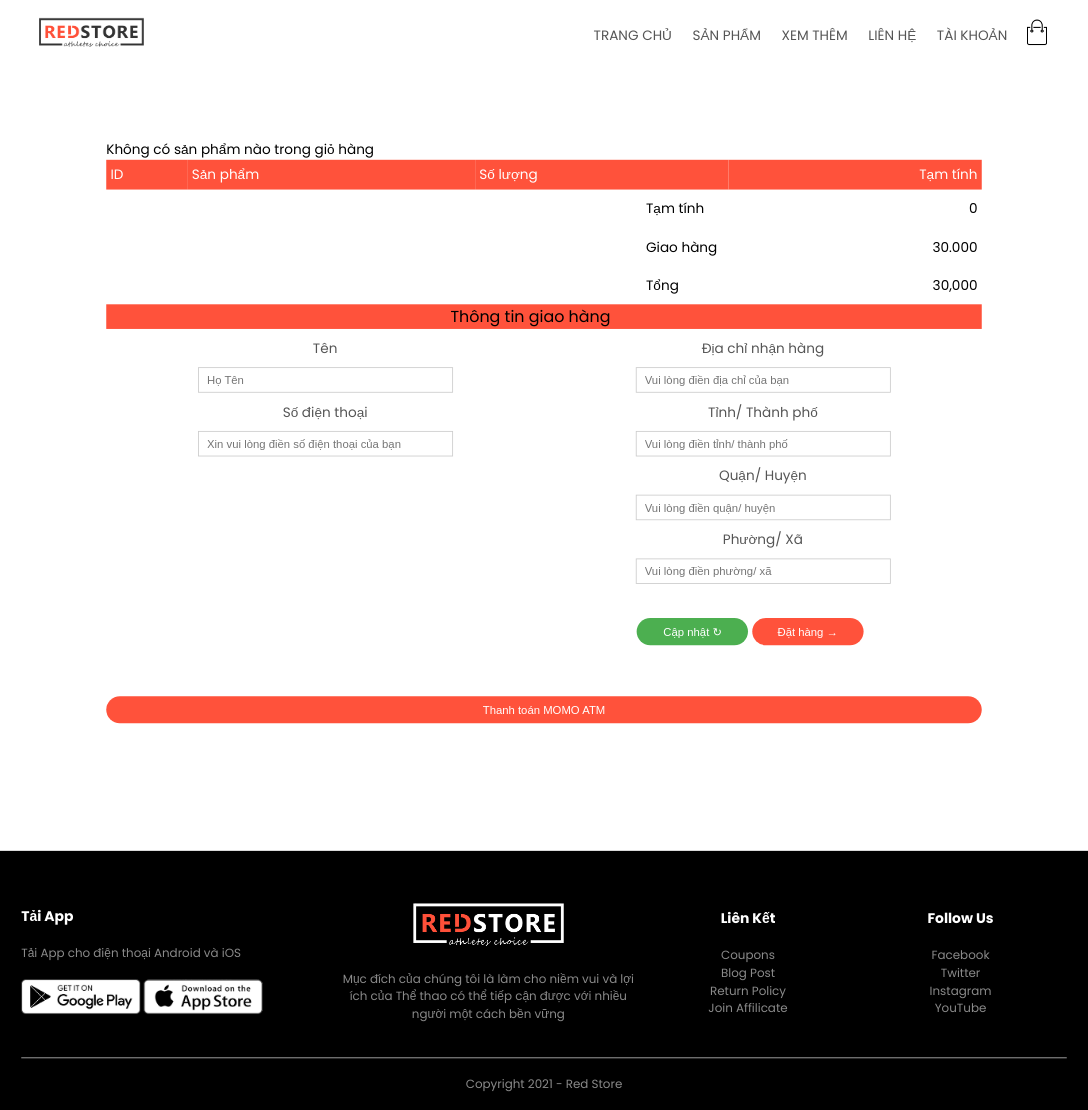
Repository: trongnk2001/RedStore
Page: http://localhost/RedStore/cart.php?action=submit
The author's editor kept a copy of each file at every save. The page is drawn from the files as they stood at one save, then again after the next save.
The browser window is 1280 px wide. The pictures show the whole page, at 85% of full size.
Some web libraries are served in a nearby version. The page is run by PHP 8.4 with error messages shown; the project is at /var/www/html/.

Above is the page before, as saved 2022-05-30 14:24:21.

After the next save:
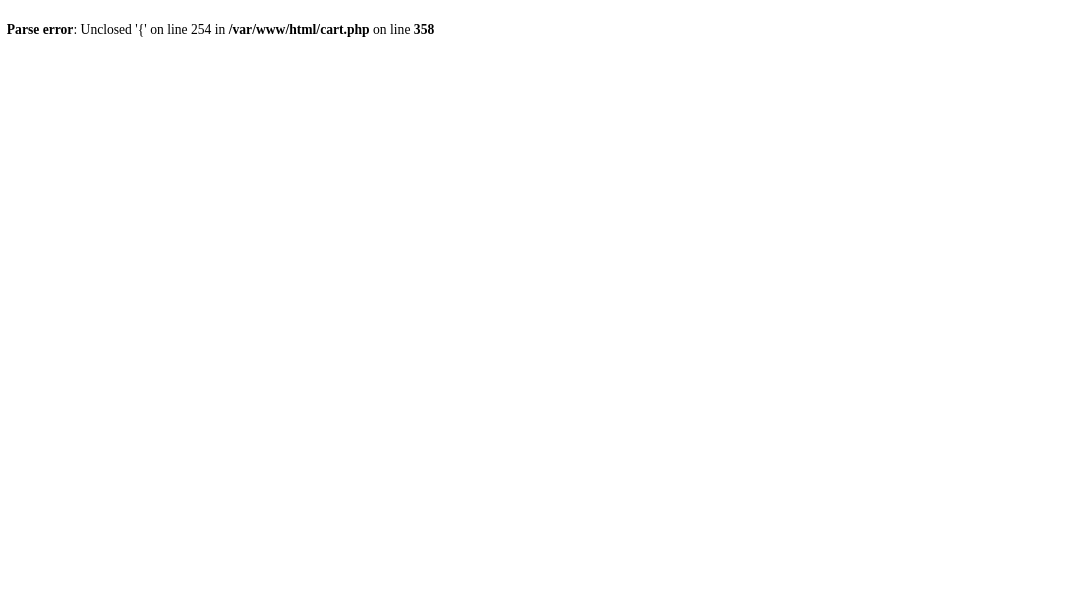
Saved 67 s later.
--- a/cart.php
+++ b/cart.php
@@ -251,7 +251,10 @@
                 <div id="notify-msg" style="text-align: center; margin-top: 20px;font-weight: 600;">
                     <?= $success ?>.
                 </div>
-            <?php } ?>
+            <?php } elseif (!empty($success)) { ?>
+                <div id="notify-msg" style="text-align: center; margin-top: 20px;font-weight: 600;">
+                    <?= $success ?>.
+                </div>
                 <div class="row" style="align-items: initial;">
                     <div class="col-2 inf" style="display: flex;align-items: center;flex-direction: column;">
                             <p>Tên</p>

After the save that followed:
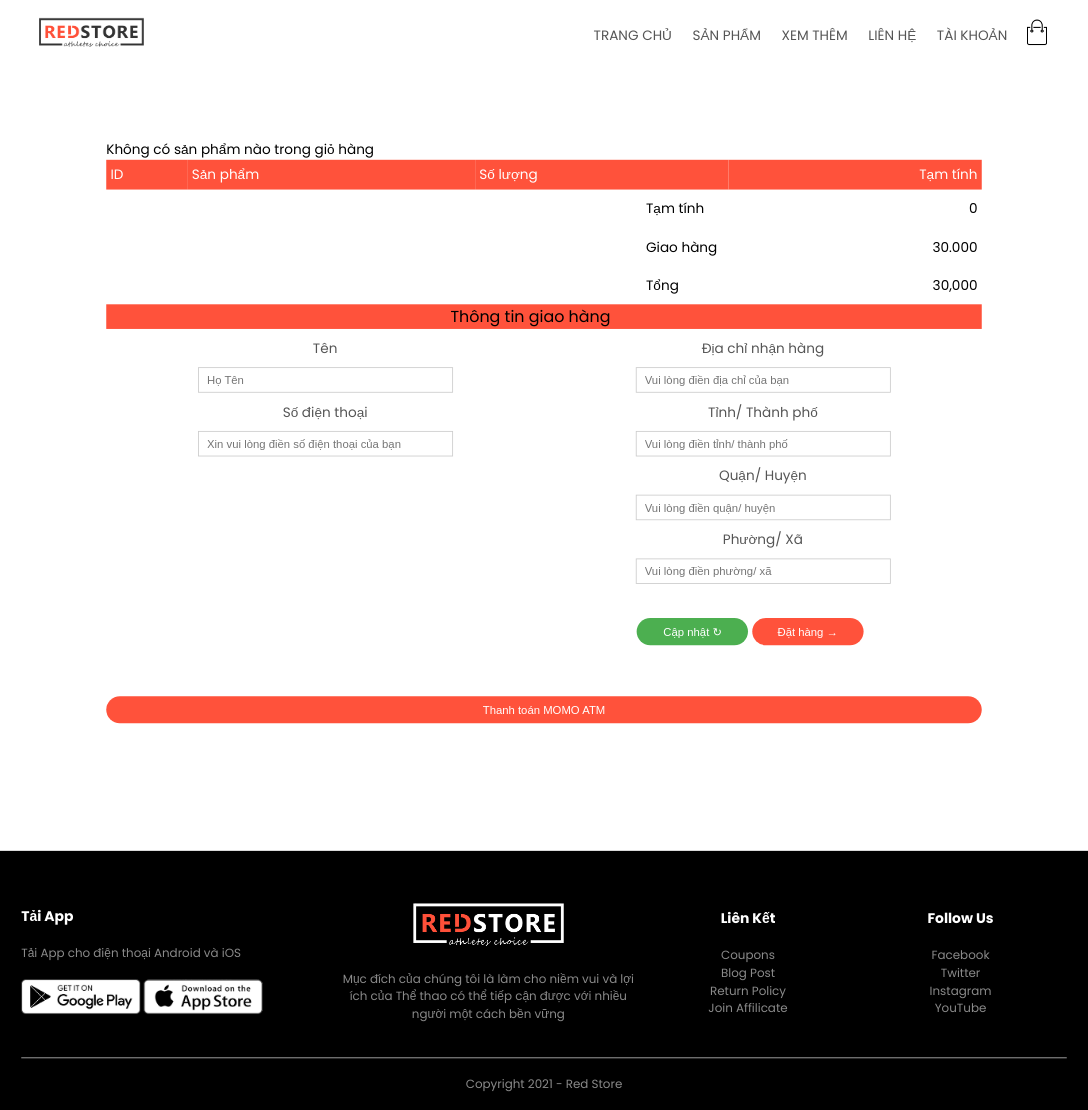
Saved 11 s later.
--- a/cart.php
+++ b/cart.php
@@ -251,10 +251,7 @@
                 <div id="notify-msg" style="text-align: center; margin-top: 20px;font-weight: 600;">
                     <?= $success ?>.
                 </div>
-            <?php } elseif (!empty($success)) { ?>
-                <div id="notify-msg" style="text-align: center; margin-top: 20px;font-weight: 600;">
-                    <?= $success ?>.
-                </div>
+            <?php } ?>
                 <div class="row" style="align-items: initial;">
                     <div class="col-2 inf" style="display: flex;align-items: center;flex-direction: column;">
                             <p>Tên</p>
